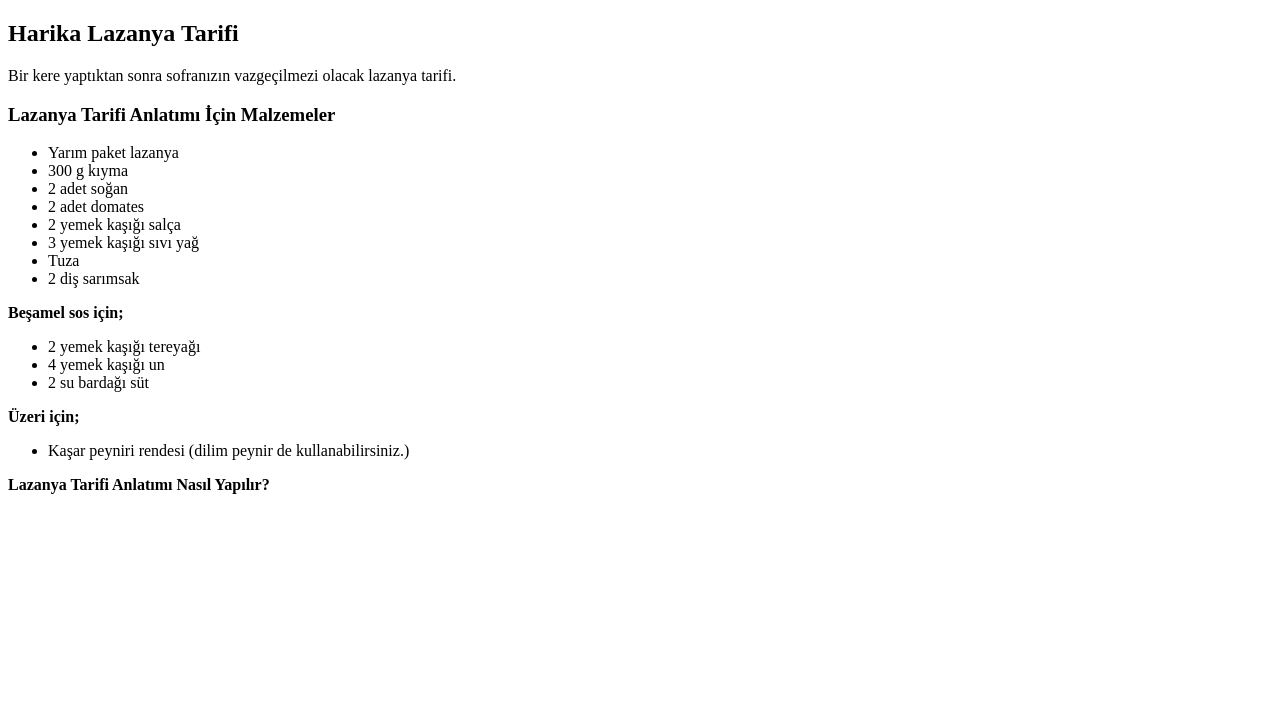
Repository: rizacantire/html
Page: Odev3/index.html
The author's editor kept a copy of each file at every save. The page is drawn from the files as they stood at one save, then again after the next save.
The browser window is 1280 px wide. The pictures show the whole page.

Above is the page before, as saved 2021-12-07 00:01:15.

### Odev3/index.html
<!DOCTYPE html>
<html lang="tr">
<head>
    <meta charset="UTF-8">
    <meta http-equiv="X-UA-Compatible" content="IE=edge">
    <meta name="viewport" content="width=device-width, initial-scale=1.0">
    <title>Lazanya Tarifi</title>
</head>
<body>
    <!-- Navbar - Start -->
    <header>
        <nav>
            <h1>Harika Lazanya Tarifi</h1>
            <p>Bir kere yaptıktan sonra sofranızın vazgeçilmezi olacak lazanya tarifi.</p>
        </nav>
    </header>
    <!-- Navbar - End -->

    <!-- Content - Start -->
    <section>
        <!-- Articles - Start -->
        <article>
            <h1>Lazanya Tarifi Anlatımı İçin Malzemeler</h1>
            <ul>
                <li>Yarım paket lazanya</li>
                <li>300 g kıyma</li>
                <li>2 adet  soğan</li>
                <li>2 adet domates</li>
                <li>2 yemek kaşığı salça</li>
                <li>3 yemek kaşığı sıvı yağ</li>
                <li>Tuza</li>
                <li>2 diş sarımsak</li>
            </ul>
            <b>Beşamel sos için;</b>
            <ul>


                <li>2 yemek kaşığı tereyağı</li>
                <li>4 yemek kaşığı un</li>
                <li>2 su bardağı süt</li>

            </ul>
            <b>Üzeri için;</b>
            <ul>
                <li>Kaşar peyniri rendesi (dilim peynir de kullanabilirsiniz.)</li>
            </ul>


        </article>
        <article>
            <b>Lazanya Tarifi Anlatımı Nasıl Yapılır?</b>
        </article>
        <!-- Articles - End -->
    </section>
    <!-- Content - End -->

    <!-- Footer - Start -->
    <footer>

    </footer>
    <!-- Footer - End -->
</body>
</html>

After the next save:
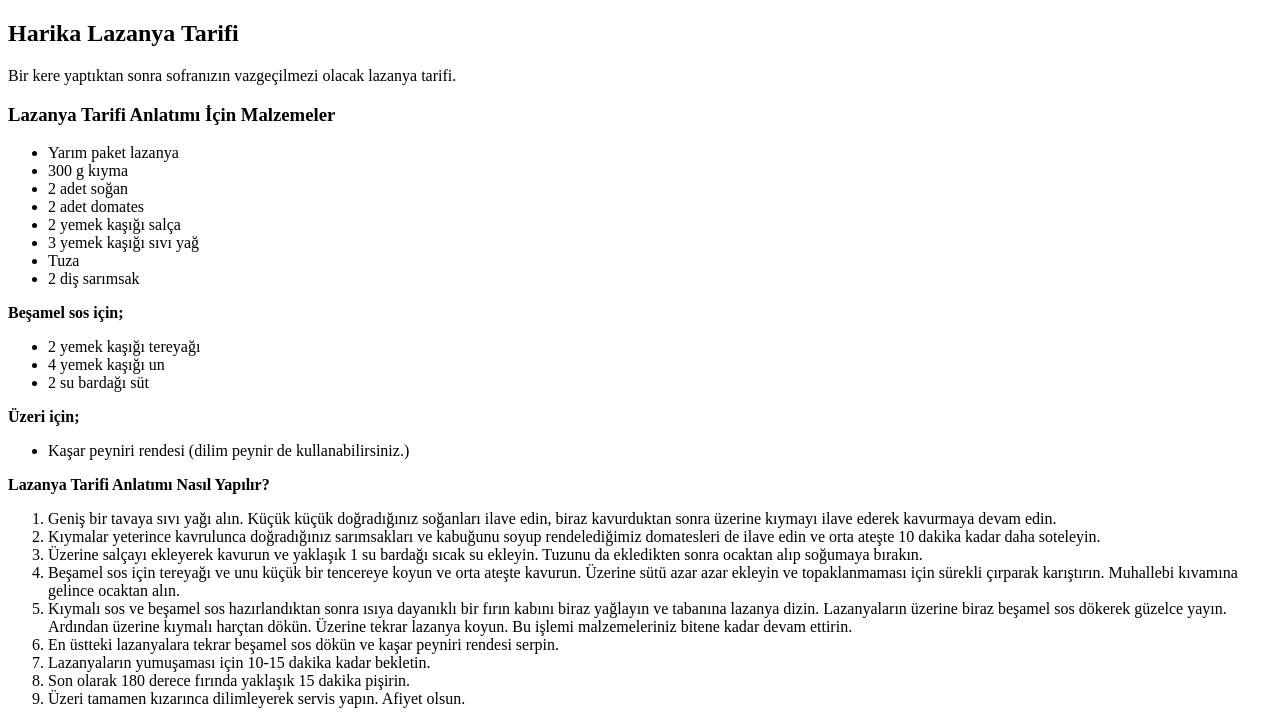
Saved 79 s later.
--- a/Odev3/index.html
+++ b/Odev3/index.html
@@ -49,6 +49,25 @@
         </article>
         <article>
             <b>Lazanya Tarifi Anlatımı Nasıl Yapılır?</b>
+            <ol>
+
+
+
+
+
+
+
+
+                <li>Geniş bir tavaya sıvı yağı alın. Küçük küçük doğradığınız soğanları ilave edin, biraz kavurduktan sonra üzerine kıymayı ilave ederek kavurmaya devam edin.</li>
+                <li> Kıymalar yeterince kavrulunca doğradığınız sarımsakları ve kabuğunu soyup rendelediğimiz domatesleri de ilave edin ve orta ateşte 10 dakika kadar daha soteleyin.</li>
+                <li>Üzerine salçayı ekleyerek kavurun ve yaklaşık 1 su bardağı sıcak su ekleyin. Tuzunu da ekledikten sonra ocaktan alıp soğumaya bırakın.</li>
+                <li>Beşamel sos için tereyağı ve unu küçük bir tencereye koyun ve orta ateşte kavurun. Üzerine sütü azar azar ekleyin ve topaklanmaması için sürekli çırparak karıştırın. Muhallebi kıvamına gelince ocaktan alın.</li>
+                <li> Kıymalı sos ve beşamel sos hazırlandıktan sonra ısıya dayanıklı bir fırın kabını biraz yağlayın ve tabanına lazanya dizin. Lazanyaların üzerine biraz beşamel sos dökerek güzelce yayın. Ardından üzerine kıymalı harçtan dökün. Üzerine tekrar lazanya koyun. Bu işlemi malzemeleriniz bitene kadar devam ettirin.</li>
+                <li> En üstteki lazanyalara tekrar beşamel sos dökün ve kaşar peyniri rendesi serpin.</li>
+                <li> Lazanyaların yumuşaması için 10-15 dakika kadar bekletin.</li>
+                <li> Son olarak 180 derece fırında yaklaşık 15 dakika pişirin.</li>
+                <li> Üzeri tamamen kızarınca dilimleyerek servis yapın. Afiyet olsun.</li>
+            </ol>
         </article>
         <!-- Articles - End -->
     </section>
